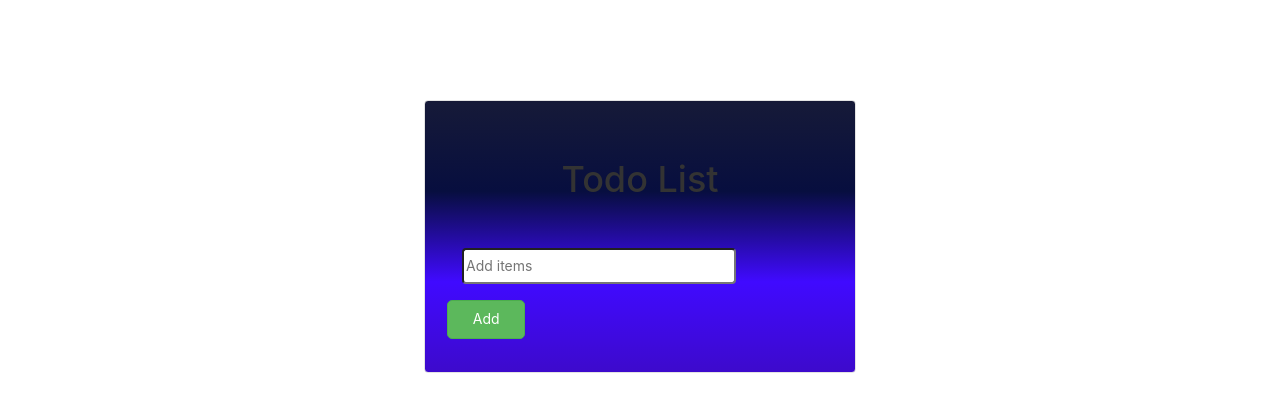
Repository: arpana23/Todo-list
Page: /
The author's editor kept a copy of each file at every save. The page is drawn from the files as they stood at one save, then again after the next save.
The browser window is 1280 px wide. The pictures show the whole page.
Some web libraries are served in a nearby version. The project was rebuilt for these pictures with package versions that can differ from the ones it lists, and the page was loaded fresh each time. Also part of the build but not shown: src/Todolist.js.

Above is the page before, as saved 2021-04-15 17:38:54.

After the next save:
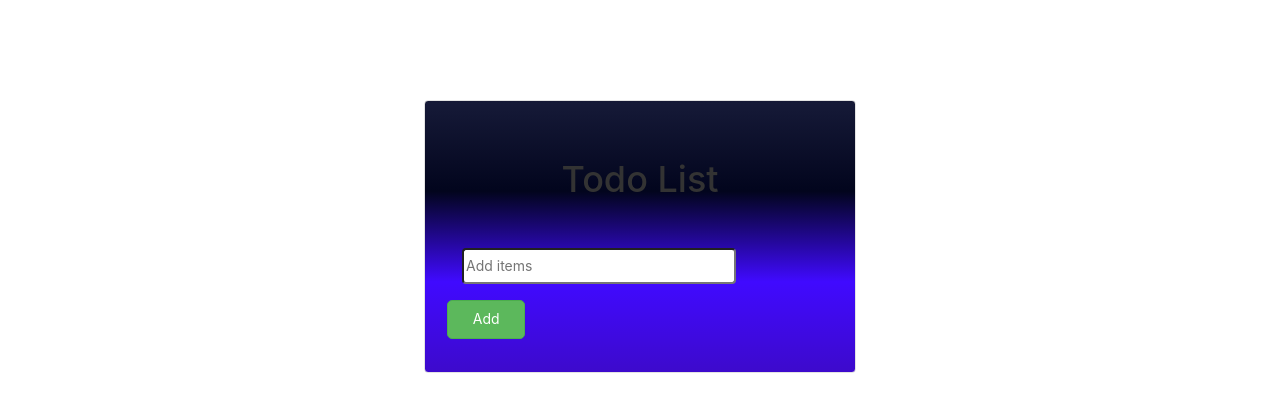
Saved 47 s later.
--- a/src/App.css
+++ b/src/App.css
@@ -16,7 +16,7 @@
 }
 
 .well {
-  background-image: linear-gradient(rgb(22, 26, 56),rgb(7, 14, 63),rgba(64, 10,1270.7),rgb(61, 10, 204));
+  background-image: linear-gradient(rgb(22, 26, 56),rgb(2, 5, 29),rgba(64, 10,1270.7),rgb(61, 10, 204));
   width: 40%;
 }
 
